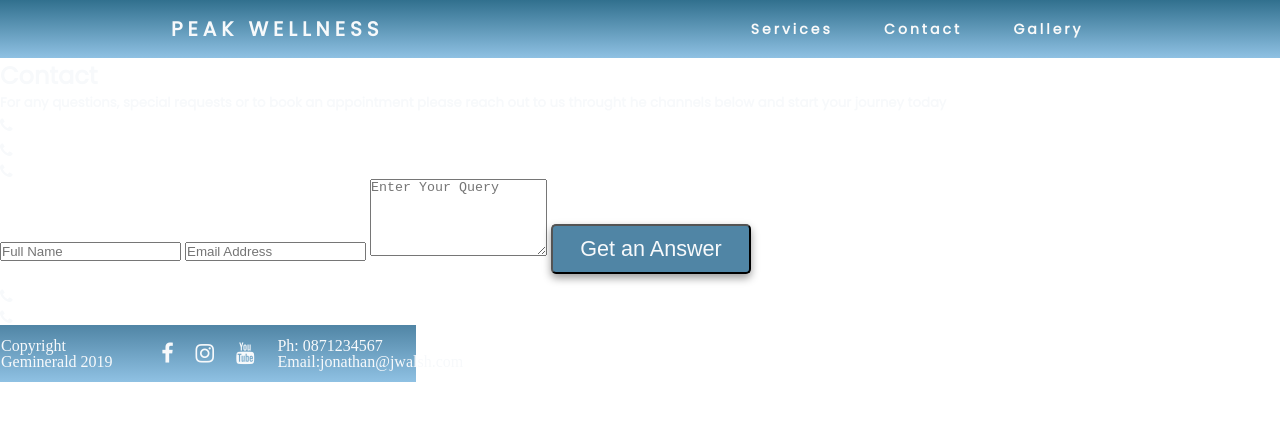
Repository: geminerald/peakwellness
Page: contact.html
The author's editor kept a record of every edit. The page is drawn from the files as they stood at one moment, then again after the next edit.
The browser window is 1280 px wide. The pictures show the whole page.

Above is the page before.

After the next edit:
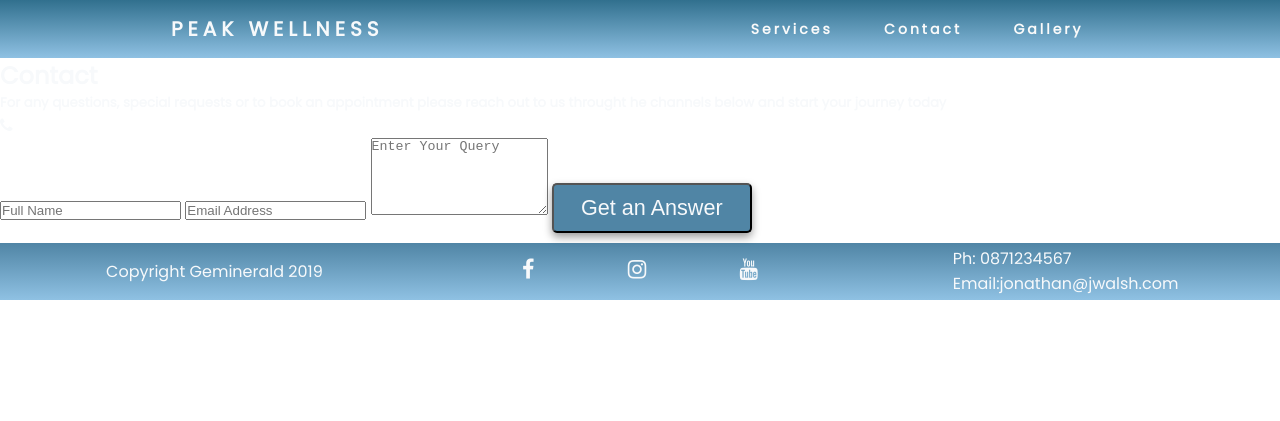
The edit:
--- a/contact.html
+++ b/contact.html
@@ -42,7 +42,7 @@
             <h1>Contact</h1>
             <div class="contacts">
                 <h5>For any questions, special requests or to book an appointment please reach out to us throught he channels below and start your journey today</h5>
-                <div class="contact"><i class="fa fa-phone"></div>
+                <div class="contact"><i class="fa fa-phone"></i></div>
                 <div class="contact"></div>
                 <div class="contact"></div>
             </div>
